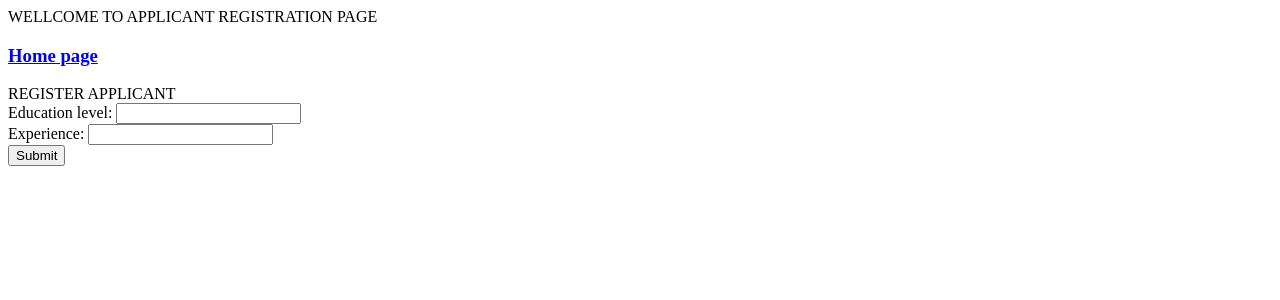
Repository: wizard991-ui/django_recruitment
Page: http://localhost/addjorequirement/
An editor plug-in stored every save of this project. The page is shown before and after the next save, followed by the edit.
The browser window is 1280 px wide. The pictures show the whole page.
The page is served by the project's application, run on Django 5.2 (manage.py). Other server files are loaded and not shown.

Above is the page before, as saved 2024-11-06 00:53:01.

### recruitment_app/templates/addjobrequirement.html
<!DOCTYPE html>
<html lang="en">
<head>
    <meta charset="UTF-8">
    <meta name="viewport" content="width=device-width, initial-scale=1.0">
    <title>addapplicant</title>
</head>
<body>
    WELLCOME TO APPLICANT REGISTRATION PAGE
        <a href ="{% url 'index_page'%}"> <h3>Home page</h3></a>

            REGISTER APPLICANT
            <form method="POST">
                {% csrf_token %}
                {{form}}
                <input type='submit'>

            </form>
</body>
</html>

### recruitment_app/forms.py
from django.forms import ModelForm

from recruitment_app.models import Applicant,Employer,Application,Jobposting,Qualification,Jobrequirements

class Applicant_form(ModelForm):
    class Meta:
        model = Applicant
        fields = {'Name','Date_Of_Birth','Gender','Nationality','Telephone'}

class Employer_form(ModelForm):
    class Meta:
        model = Employer
        fields = '__all__'

class Jobposting_form(ModelForm):
    class Meta:
        model = Jobposting
        fields = '__all__'

class Qualification_form(ModelForm):
    class Meta:
        model = Qualification
        fields = {'Qualification_name','Qualification_Acronym','Awarding_institution'} # use this to specify the fields to be displayed on the form

class Jobrequirements_form(ModelForm):
    class Meta:
        model = Jobrequirements
        fields = {'Education_level','Experience'}

class Application_form(ModelForm):
    class Meta:
        model = Application
        fields = {'Application_date','Application_status'}

### recruitment_app/models.py
from django.db import models

# Create your models here.
class Applicant(models.Model):
    GENDER_OPTIONS=[('M','Male'),('F','Female')]

    Name = models.CharField(max_length=50)
    Date_Of_Birth = models.DateField(auto_now=False)
    Gender = models.CharField(max_length=2, choices=GENDER_OPTIONS)
    Nationality = models.CharField(max_length=50,null=True,blank=True,default="N/A")
    Telephone = models.CharField(max_length=15)

class Employer(models.Model):
    Employer_name = models.CharField(max_length=50)
    Employer_Email = models.EmailField()
    Employer_Telephone = models.CharField(max_length=15)
    Contact_person = models.CharField(max_length=25)
    PO_Box = models.CharField(max_length=10000, null=True)
    Plot_Number = models.IntegerField(null=True, blank=True)
    Street = models.CharField(max_length=50)
    City = models.CharField(max_length=25)
    Country=models.CharField(max_length=20)

class Jobposting(models.Model):
    Position_Title = models.CharField(max_length=50)
    Department = models.CharField(max_length=50)
    Vacancies_Available = models.IntegerField()
    Posting_Date = models.DateField(auto_now=False)
    Application_Deadline = models.DateField(auto_now=False)

class Qualification(models.Model):
    Applicant_ID = models.ForeignKey(Applicant,on_delete = models.CASCADE)
    Qualification_name = models.CharField(max_length=50)
    Qualification_Acronym = models.CharField(max_length=10)
    Awarding_institution = models.CharField(max_length=50)

class Jobrequirements(models.Model):
    Position_id = models.ForeignKey(Jobposting, on_delete = models.CASCADE)
    Employer_id = models.ForeignKey(Employer, on_delete = models.CASCADE)
    Education_level = models.CharField(max_length=30)
    Experience = models.CharField(max_length=50)

class Application(models.Model):
    Applicant_id = models.ForeignKey(Applicant,on_delete = models.CASCADE)
    Position_id = models.ForeignKey(Jobposting, on_delete = models.CASCADE)
    Application_date = models.DateField(auto_now=False)
    Application_status = models.CharField(max_length=20)

### recruitment_app/views.py
from django.shortcuts import render

from recruitment_app.forms import Applicant_form, Employer_form,Jobposting_form,Qualification_form,Jobrequirements_form,Application_form

# Create your views here.
def index_view(request):
    return render(request,'index.html')

def applicant_view(request):
    return render(request, 'applicant.html')

def jobposting_view(request):
    return render(request, 'jobposting.html')

def employer_view(request):
    return render(request, 'employer.html')

def application_view(request):
    return render(request,'application.html')

def qualification_view(request):
    return render(request,'qualification.html')

def jobrequirements_view(request):
    return render(request, 'jobrequirements.html')

# creating Form views

def add_applicant_View(request):
    if request.method == 'POST':
        applicant_form = Applicant_form(request.POST)

        if applicant_form.is_valid():
            applicant_form.save()
    else: applicant_form = Applicant_form()

    context = {'form':applicant_form,}
    return render(request,'addapplicant.html',context)

def add_employer_view(request):
    if request.method == 'POST':
        employer_form = Employer_form(request.POST)

        if employer_form.is_valid():
            employer_from.save()
    else: employer_form = Employer_form()

    context = {'form':employer_form,}
    return render(request,'addemployer.html',context)

def add_jobposting_view(request):
    if request.method == 'POST':
        jobposting_from = Jobposting_form(request.POST)

        if jobposting_form.is_valid():
            jobposting_form.save()
    else: jobposting_form = Jobposting_form()

    context ={'form':jobposting_form,}
    return render(request,'addjobposting.html',context)

def add_qualification_view(request):
    if request.method == 'POST':
        qualification_form = Qualification_form(request.POST)

        if qualification_form.is_valid():
            qualification_form.save()

    else: qualification_form = Qualification_form()

    context={'form':qualification_form,}
    return render(request,'addqualification.html',context)

def add_jobrequirements_view(request):
    if request.method=='POST':
        jobrequirement_form = Jobrequirements_form(request.POST)

        if jobrequirement_form.is_valid():
            jobrequirement_form.save()

    else: jobrequirement_form = Jobrequirements_form()

    context={'form':jobrequirement_form,}
    return render(request,'addjobrequirement.html',context)

### recruitment_pj/urls.py
"""
URL configuration for recruitment_pj project.

The `urlpatterns` list routes URLs to views. For more information please see:
    https://docs.djangoproject.com/en/5.1/topics/http/urls/
Examples:
Function views
    1. Add an import:  from my_app import views
    2. Add a URL to urlpatterns:  path('', views.home, name='home')
Class-based views
    1. Add an import:  from other_app.views import Home
    2. Add a URL to urlpatterns:  path('', Home.as_view(), name='home')
Including another URLconf
    1. Import the include() function: from django.urls import include, path
    2. Add a URL to urlpatterns:  path('blog/', include('blog.urls'))
"""
from django.contrib import admin
from django.urls import path
from recruitment_app.views import index_view,applicant_view,jobposting_view,employer_view,jobrequirements_view, qualification_view, application_view,add_applicant_View,add_employer_view, add_jobposting_view,add_qualification_view,add_jobrequirements_view

urlpatterns = [
    path('admin/', admin.site.urls),
    path('', index_view, name='index_page'),
    path('applicant/', applicant_view, name='applicant_page'),
    path('jobposting/', jobposting_view, name='jobposting_page'),
    path('employer/', employer_view, name='employer_page'),
    path('jobrequirements/', jobrequirements_view, name='jobrequirements_page'),
    path('application/', application_view, name ='application_page'),
    path('qualification/', qualification_view, name = 'qualification_page'),
    path('addapplicant/',add_applicant_View, name="addapplicant_page"),
    path('addemployer/',add_employer_view, name='addemployer_page'),
    path('addjobposting/',add_jobposting_view, name='addjobposting_page'),
    path('addqualification/', add_qualification_view, name='addqualification_page'),
    path('addjorequirement/',add_jobrequirements_view, name ='addrequirement_page')
]

After the next save:
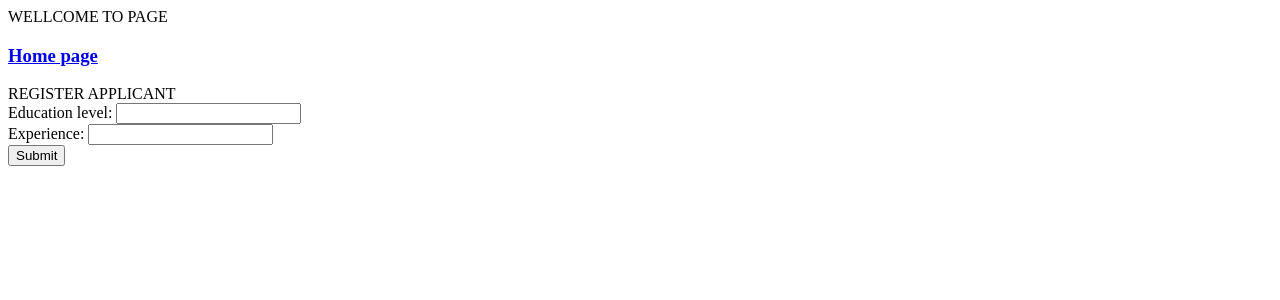
Saved 23 s later.
--- a/recruitment_app/templates/addjobrequirement.html
+++ b/recruitment_app/templates/addjobrequirement.html
@@ -6,7 +6,7 @@
     <title>addapplicant</title>
 </head>
 <body>
-    WELLCOME TO APPLICANT REGISTRATION PAGE
+    WELLCOME TO  PAGE
         <a href ="{% url 'index_page'%}"> <h3>Home page</h3></a>
 
             REGISTER APPLICANT
